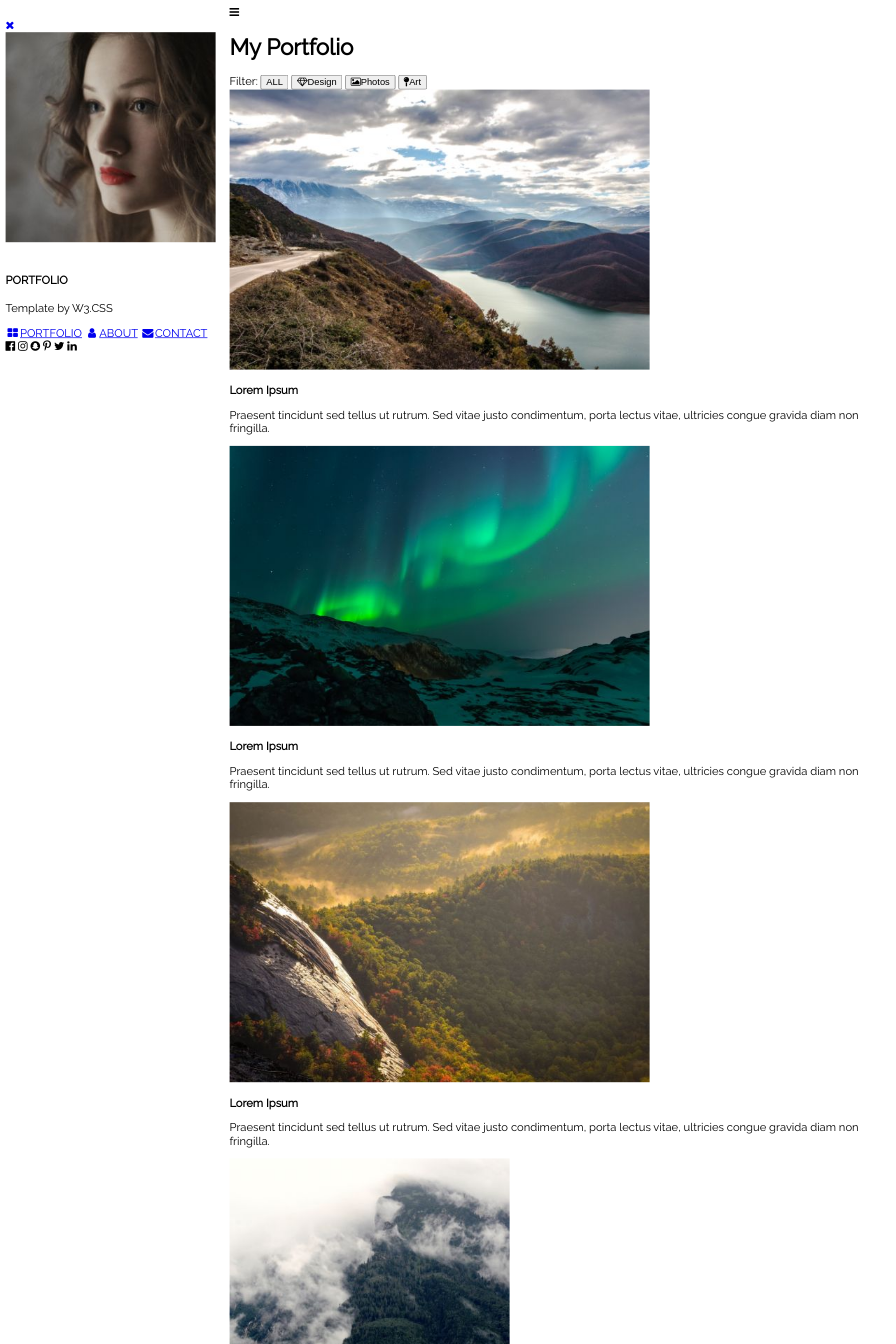
Repository: hesshess/clonecoding-assignment
Page: 5-nature-portfolio/template5.html
These files come from the project's save history. The page is drawn as it stood at one moment and after the next save; the edit follows.
The browser window is 1280 px wide. The pictures show the part of the page from y = 0 to 1920 px (the page is 5905 px tall before and 5591 px after), at 70% of full size.

Above is the page before, as saved 2022-03-18 17:09:49.

### 5-nature-portfolio/template5.html
<!DOCTYPE html>
<html>
  <head>
    <title>Nature Portfolio</title>
    <meta charset="UTF-8" />
    <meta name="viewport" content="width=device-width, initial-scale=1" />

    <link
      rel="stylesheet"
      href="https://fonts.googleapis.com/css?family=Raleway"
    />
    <link
      rel="stylesheet"
      href="https://cdnjs.cloudflare.com/ajax/libs/font-awesome/4.7.0/css/font-awesome.min.css"
    />
<link rel="stylesheet" href="./template5.css" />
  </head>
  <body >
    <!-- Sidebar/menu -->
    <nav
      style="z-index: 3; width: 300px"
      id="mySidebar"
    >
      <br />
      <div>
        <a
          href="#""
          title="close menu"
        >
          <i class="fa fa-remove"></i>
        </a>
        <img
          src="./img/avatar_g2.jpg"


        /><br /><br />
        <h4><b>PORTFOLIO</b></h4>
        <p >Template by W3.CSS</p>
      </div>
      <div >
        <a
          href="#portfolio"
          onclick="w3_close()"

          ><i class="fa fa-th-large fa-fw"></i>PORTFOLIO</a
        >
        <a
          href="#about"

          ><i class="fa fa-user fa-fw "></i>ABOUT</a
        >
        <a
          href="#contact"


          ><i class="fa fa-envelope fa-fw"></i>CONTACT</a
        >
      </div>
      <div >
        <i class="fa fa-facebook-official w3-hover-opacity"></i>
        <i class="fa fa-instagram "></i>
        <i class="fa fa-snapchat "></i>
        <i class="fa fa-pinterest-p "></i>
        <i class="fa fa-twitter "></i>
        <i class="fa fa-linkedin "></i>
      </div>
    </nav>

    <!-- !PAGE CONTENT! -->
    <div class="cv" >
      <!-- Header -->
      <header id="portfolio">

        <span

          ><i class="fa fa-bars"></i
        ></span>
        <div >
          <h1><b>My Portfolio</b></h1>
          <div>
            <span >Filter:</span>
            <button ">ALL</button>
            <button >
              <i class="fa fa-diamond "></i>Design
            </button>
            <button >
              <i class="fa fa-photo "></i>Photos
            </button>
            <button >
              <i class="fa fa-map-pin"></i>Art
            </button>
          </div>
        </div>
      </header>

      <!-- First Photo Grid-->
      <div >
        <div >
          <img
            src="./img/mountains.jpg"
            alt="Norway"

          />
          <div >
            <p><b>Lorem Ipsum</b></p>
            <p>
              Praesent tincidunt sed tellus ut rutrum. Sed vitae justo
              condimentum, porta lectus vitae, ultricies congue gravida diam non
              fringilla.
            </p>
          </div>
        </div>
        <div>
          <img
            src="./img/lights.jpg"
            alt="Norway"

          />
          <div >
            <p><b>Lorem Ipsum</b></p>
            <p>
              Praesent tincidunt sed tellus ut rutrum. Sed vitae justo
              condimentum, porta lectus vitae, ultricies congue gravida diam non
              fringilla.
            </p>
          </div>
        </div>
        <div >
          <img
            src="./img/nature.jpg"
            alt="Norway"

          />
          <div >
            <p><b>Lorem Ipsum</b></p>
            <p>
              Praesent tincidunt sed tellus ut rutrum. Sed vitae justo
              condimentum, porta lectus vitae, ultricies congue gravida diam non
              fringilla.
            </p>
          </div>
        </div>
      </div>

      <!-- Second Photo Grid-->
      <div >
        <div >
          <img
            src="./img/p1.jpg"
            alt="Norway"

          />
          <div >
            <p><b>Lorem Ipsum</b></p>
            <p>
              Praesent tincidunt sed tellus ut rutrum. Sed vitae justo
              condimentum, porta lectus vitae, ultricies congue gravida diam non
              fringilla.
            </p>
          </div>
        </div>
        <div >
          <img
            src="./img/p2.jpg"
            alt="Norway"

          />
          <div >
            <p><b>Lorem Ipsum</b></p>
            <p>
              Praesent tincidunt sed tellus ut rutrum. Sed vitae justo
              condimentum, porta lectus vitae, ultricies congue gravida diam non
              fringilla.
            </p>
          </div>
        </div>
        <div >
          <img
            src="./img/p3.jpg"
            alt="Norway"

          />
          <div >
            <p><b>Lorem Ipsum</b></p>
            <p>
              Praesent tincidunt sed tellus ut rutrum. Sed vitae justo
              condimentum, porta lectus vitae, ultricies congue gravida diam non
              fringilla.
            </p>
          </div>
        </div>
      </div>

      <!-- Pagination -->
      <div >
        <div >
          <a href="#" >«</a>
          <a href="#" >1</a>
          <a href="#" >2</a>
          <a href="#" >3</a>
          <a href="#" >4</a>
          <a href="#" >»</a>
        </div>
      </div>

      <!-- Images of Me -->
      <div id="about">
        <div >
          <img src="./img/avatar_g.jpg" alt="Me"  />
        </div>
        <div >
          <img src="./img/me2.jpg" alt="Me"  />
        </div>
      </div>

      <div >
        <h4><b>About Me</b></h4>
        <p>
          Just me, myself and I, exploring the universe of unknownment. I have a
          heart of love and an interest of lorem ipsum and mauris neque quam
          blog. I want to share my world with you. Praesent tincidunt sed tellus
          ut rutrum. Sed vitae justo condimentum, porta lectus vitae, ultricies
          congue gravida diam non fringilla. Praesent tincidunt sed tellus ut
          rutrum. Sed vitae justo condimentum, porta lectus vitae, ultricies
          congue gravida diam non fringilla.
        </p>
        <hr />

        <h4>Technical Skills</h4>
        <!-- Progress bars / Skills -->
        <p>Photography</p>
        <div>
          <div

          >
            95%
          </div>
        </div>
        <p>Web Design</p>
        <div >
          <div

          >
            85%
          </div>
        </div>
        <p>Photoshop</p>
        <div >
          <div

          >
            80%
          </div>
        </div>
        <p>
          <button

          >
            <i class="fa fa-download "></i>Download Resume
          </button>
        </p>
        <hr />

        <h4>How much I charge</h4>
        <!-- Pricing Tables -->
        <div >
          <div>
            <ul

            >
              <li >Basic</li>
              <li >Web Design</li>
              <li>Photography</li>
              <li>1GB Storage</li>
              <li>Mail Support</li>
              <li>
                <h2>$ 10</h2>
                <span >per month</span>
              </li>
              <li >
                <button

                >
                  Sign Up
                </button>
              </li>
            </ul>
          </div>

          <div >
            <ul

            >
              <li >Pro</li>
              <li>Web Design</li>
              <li>Photography</li>
              <li>50GB Storage</li>
              <li>Endless Support</li>
              <li>
                <h2>$ 25</h2>
                <span >per month</span>
              </li>
              <li >
                <button

                >
                  Sign Up
                </button>
              </li>
            </ul>
          </div>

          <div >
            <ul

            >
              <li >Premium</li>
              <li>Web Design</li>
              <li>Photography</li>
              <li>Unlimited Storage</li>
              <li>Endless Support</li>
              <li>
                <h2>$ 25</h2>
                <span >per month</span>
              </li>
              <li >
                <button

                >
                  Sign Up
                </button>
              </li>
            </ul>
          </div>
        </div>
      </div>

      <!-- Contact Section -->
      <div >
        <h4 id="contact"><b>Contact Me</b></h4>
        <div


        >
          <div >
            <p><i class="fa fa-envelope "></i></p>
            <p>email@email.com</p>
          </div>
          <div >
            <p>
              <i class="fa fa-map-marker "></i>
            </p>
            <p>Chicago, US</p>
          </div>
          <div >
            <p><i class="fa fa-phone "></i></p>
            <p>512312311</p>
          </div>
        </div>
        <hr  />
        <form >
          <div >
            <label>Name</label>
            <input

              type="text"
              name="Name"
              required
            />
          </div>
          <div >
            <label>Email</label>
            <input

              type="text"
              name="Email"
              required
            />
          </div>
          <div >
            <label>Message</label>
            <input

              type="text"
              name="Message"
              required
            />
          </div>
          <button type="submit" >
            <i class="fa fa-paper-plane "></i>Send Message
          </button>
        </form>
      </div>

      <!-- Footer -->
      <footer >
        <div >
          <div >
            <h3>FOOTER</h3>
            <p>
              Praesent tincidunt sed tellus ut rutrum. Sed vitae justo
              condimentum, porta lectus vitae, ultricies congue gravida diam non
              fringilla.
            </p>
            <p>
              Powered by
              <a


                >w3.css</a
              >
            </p>
          </div>

          <div >
            <h3>BLOG POSTS</h3>
            <ul >
              <li>
                <img
                  src="./img/workshop.jpg"


                />
                <span >Lorem</span><br />
                <span>Sed mattis nunc</span>
              </li>
              <li>
                <img
                  src="./img/gondol.jpg"


                />
                <span >Ipsum</span><br />
                <span>Praes tinci sed</span>
              </li>
            </ul>
          </div>

          <div >
            <h3>POPULAR TAGS</h3>
            <p>
              <span >Travel</span>
              <span
                >New York</span
              >
              <span
                >London</span
              >
              <span >IKEA</span>
              <span
                >NORWAY</span
              >
              <span >DIY</span>
              <span
                >Ideas</span
              >
              <span >Baby</span>
              <span
                >Family</span
              >
              <span >News</span>
              <span
                >Clothing</span
              >
              <span
                >Shopping</span
              >
              <span
                >Sports</span
              >
              <span
                >Games</span
              >
            </p>
          </div>
        </div>
      </footer>

      <div >
        Powered by
        <a


          >w3.css</a
        >
      </div>

      <!-- End page content -->
    </div>

  </body>
</html>

### 5-nature-portfolio/template5.css
body,
h1,
h2,
h3,
h4,
h5,
h6 {
  font-family: 'Raleway', sans-serif;
}

body {
  display: grid;
  gap: 5px;
  grid-template-columns: 1fr 3fr;
  grid-template-rows: 3fr;
}

After the next save:
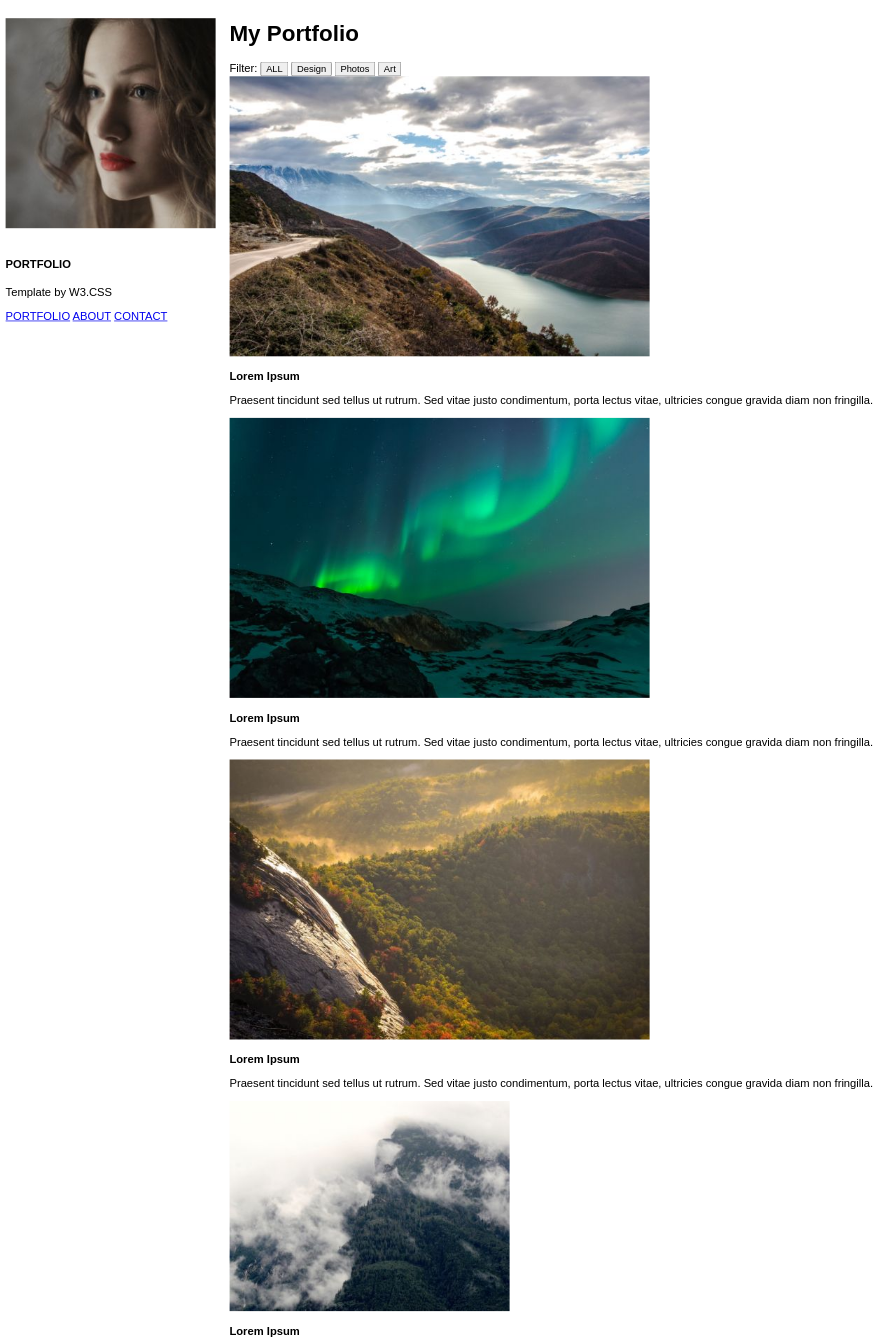
Saved 27 s later.
--- a/5-nature-portfolio/template5.html
+++ b/5-nature-portfolio/template5.html
@@ -4,7 +4,7 @@
     <title>Nature Portfolio</title>
     <meta charset="UTF-8" />
     <meta name="viewport" content="width=device-width, initial-scale=1" />
-
+<!--
     <link
       rel="stylesheet"
       href="https://fonts.googleapis.com/css?family=Raleway"
@@ -12,7 +12,7 @@
     <link
       rel="stylesheet"
       href="https://cdnjs.cloudflare.com/ajax/libs/font-awesome/4.7.0/css/font-awesome.min.css"
-    />
+    /> -->
 <link rel="stylesheet" href="./template5.css" />
   </head>
   <body >

After the save that followed:
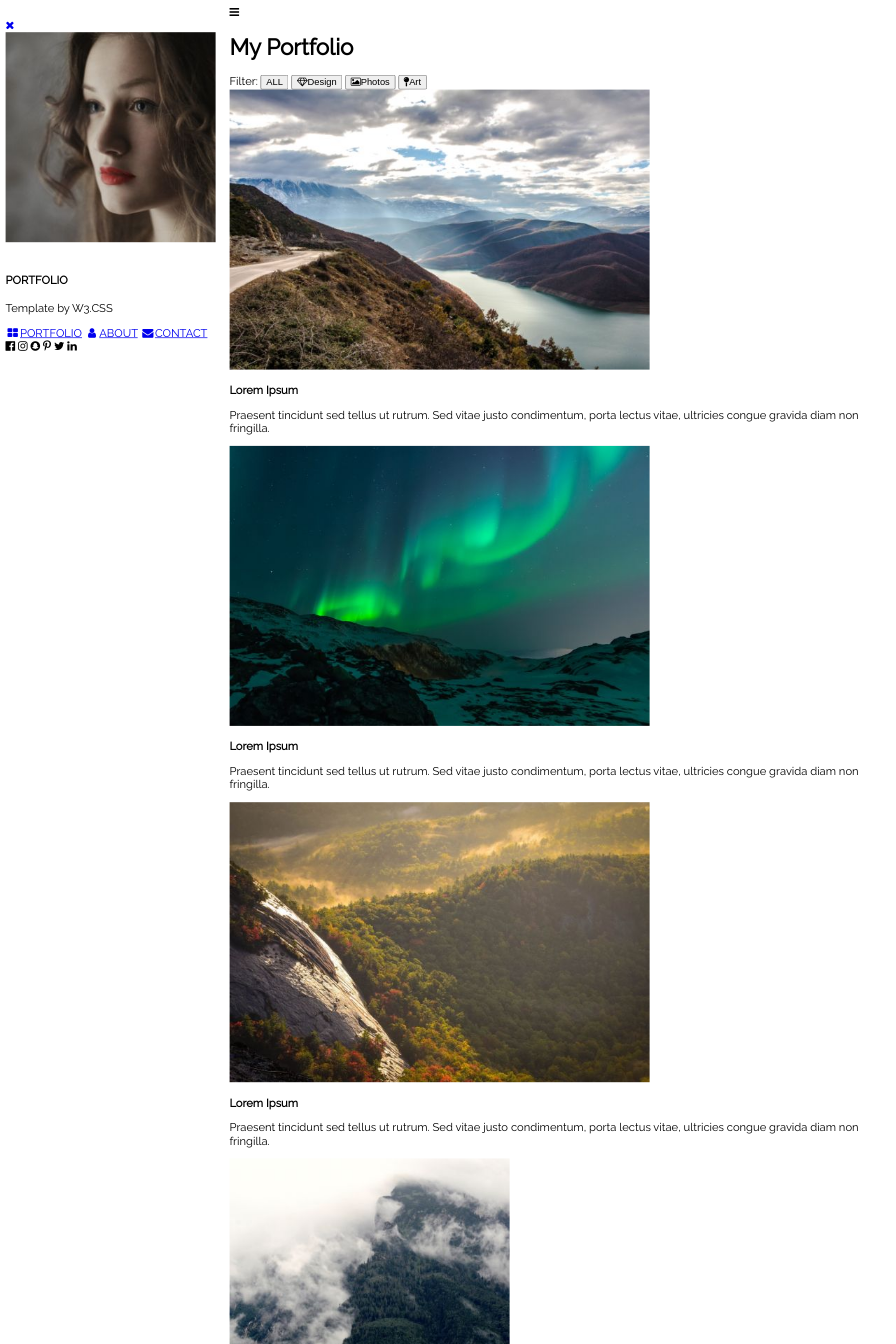
Saved 45 s later.
--- a/5-nature-portfolio/template5.html
+++ b/5-nature-portfolio/template5.html
@@ -4,7 +4,7 @@
     <title>Nature Portfolio</title>
     <meta charset="UTF-8" />
     <meta name="viewport" content="width=device-width, initial-scale=1" />
-<!--
+
     <link
       rel="stylesheet"
       href="https://fonts.googleapis.com/css?family=Raleway"
@@ -12,7 +12,7 @@
     <link
       rel="stylesheet"
       href="https://cdnjs.cloudflare.com/ajax/libs/font-awesome/4.7.0/css/font-awesome.min.css"
-    /> -->
+    />
 <link rel="stylesheet" href="./template5.css" />
   </head>
   <body >
